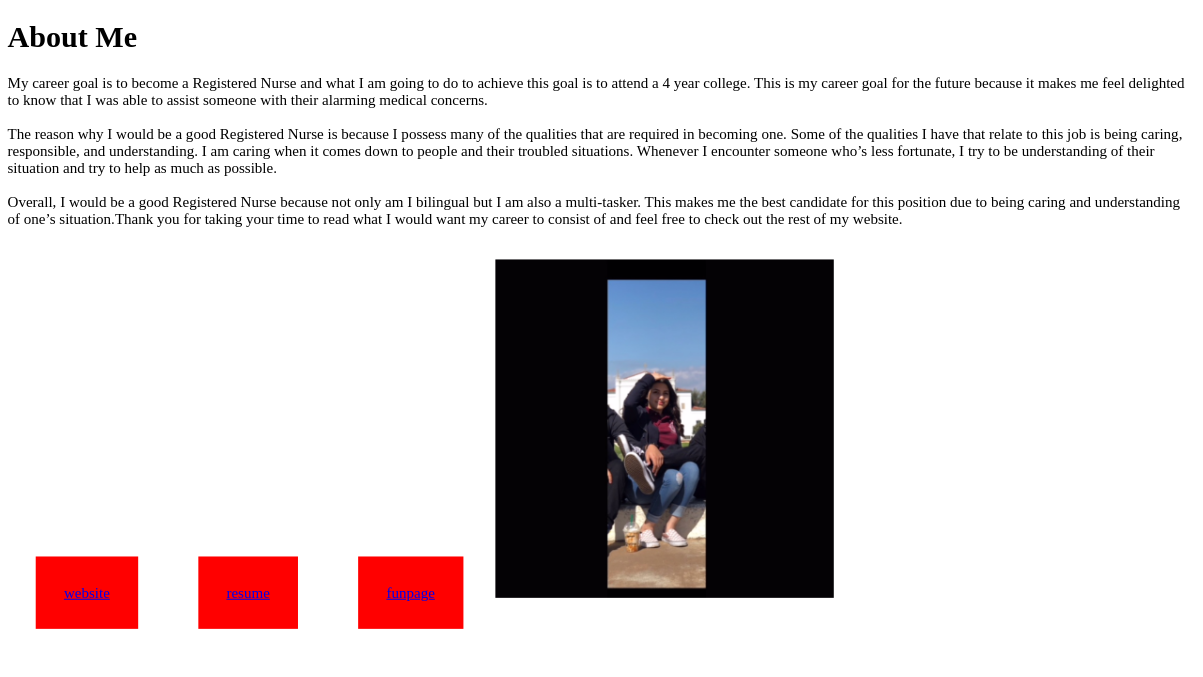
Repository: kasandrab/kasandrab.github.io
Page: aboutme.html
The author's editor kept a record of every edit. The page is drawn from the files as they stood at one moment, then again after the next edit.
The browser window is 1280 px wide. The pictures show the whole page, at 94% of full size.

Above is the page before.

### aboutme.html
<!DOCTYPE html>
<html>
<head>
  <title>About Me</title>
  <meta charset="utf-8"/>
  <link rel="stylesheet" type="text/css" href="style.css">
</head>
<h1>About Me</h1>

<body>
<p>My career goal is to become a Registered Nurse and what I am going to do to achieve this goal is to attend a 4 year college. This is my career goal for the future because it makes me feel delighted to know that I was able to assist someone with their alarming medical concerns.<br /> <br />


The reason why I would be a good Registered Nurse is because I possess many of the qualities that are required in becoming one. Some of the qualities I have that relate to this job is being caring, responsible, and understanding. I am caring when it comes down to people and their troubled situations. Whenever I encounter someone who’s less fortunate, I try to be understanding of their situation and try to help as much as possible.<br /> <br />


Overall, I would be a good Registered Nurse because not only am I bilingual but I am also a multi-tasker. This makes me the best candidate for this position due to being caring and understanding of one’s situation.Thank you for taking your time to read what I would want my career to consist of and feel free to check out the rest of my website.<br /> <br />

</p>


    <a href="index.html"> website</a>
    <a href="resume.html">resume</a>
    <a href="funpage.html">funpage</a>


     <img src="image.JPG"

   </html>

### style.css

a {
    padding:30px;
    margin:30px;
    background-color: red;
}

After the next edit:
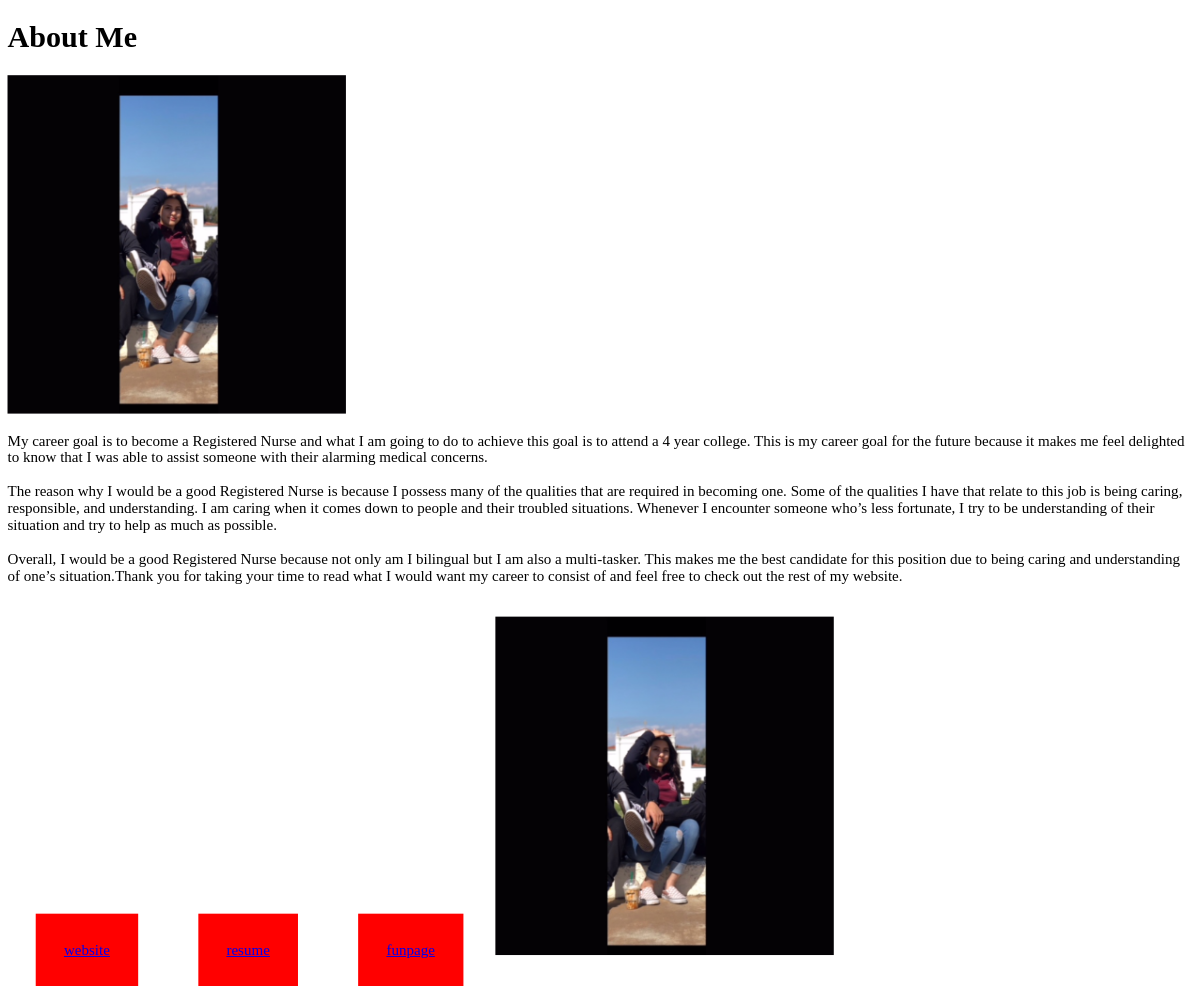
The edit:
--- a/aboutme.html
+++ b/aboutme.html
@@ -6,6 +6,8 @@
   <link rel="stylesheet" type="text/css" href="style.css">
 </head>
 <h1>About Me</h1>
+
+<img src="image.JPG"
 
 <body>
 <p>My career goal is to become a Registered Nurse and what I am going to do to achieve this goal is to attend a 4 year college. This is my career goal for the future because it makes me feel delighted to know that I was able to assist someone with their alarming medical concerns.<br /> <br />
